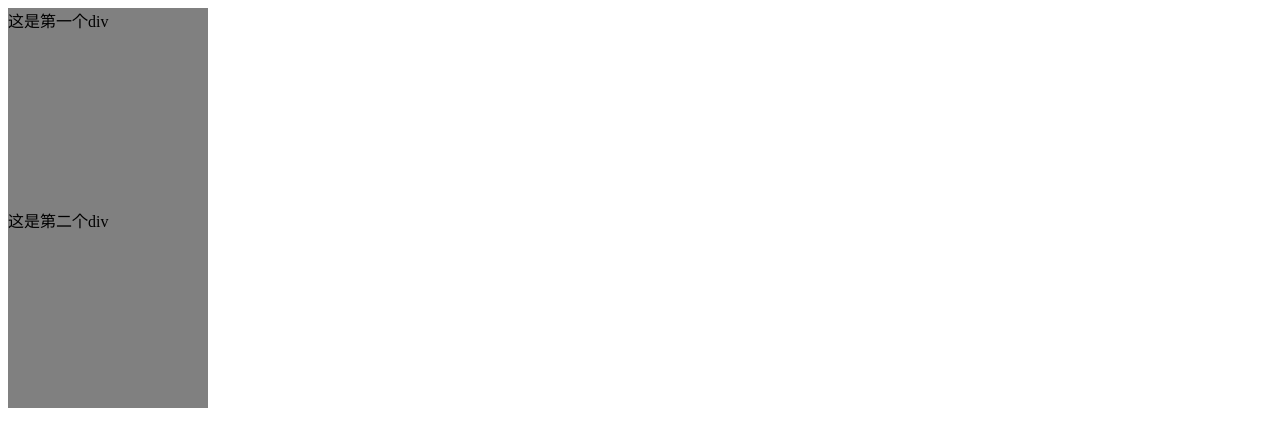
Repository: nanfengovo/CSS
Page: boxmodel.html
These files come from the project's save history. The page is drawn as it stood at one moment and after the next save; the edit follows.
The browser window is 1280 px wide. The pictures show the whole page.

Above is the page before, as saved 2025-01-01 11:42:52.

### boxmodel.html
<!DOCTYPE html>
<html lang="en">
<head>
    <meta charset="UTF-8">
    <meta name="viewport" content="width=device-width, initial-scale=1.0">
    <title>Box Model</title>
    <style>
        .box{
            width: 200px;
            height: 200px;
            background-color: gray;
        }
    </style>
</head>
<body>
    <!-- content:内容 -->

    <!-- margin:外边距 -->
    <!-- padding:内边距 -->
    <!-- border:边框 -->
    <div class="box">这是第一个div</div>
    <div class="box">这是第二个div</div>
</body>
</html>

After the next save:
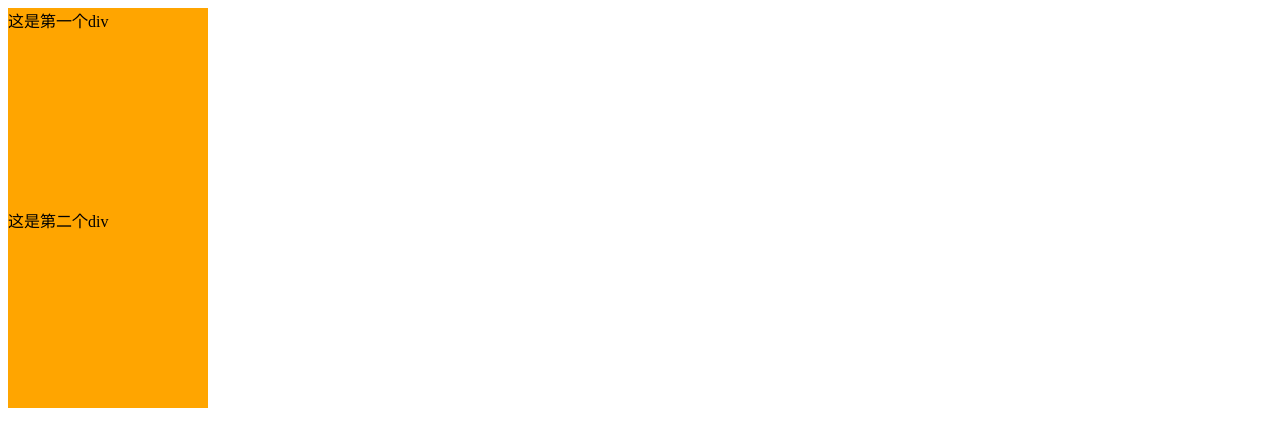
Saved 14 s later.
--- a/boxmodel.html
+++ b/boxmodel.html
@@ -8,7 +8,7 @@
         .box{
             width: 200px;
             height: 200px;
-            background-color: gray;
+            background-color: orange;
         }
     </style>
 </head>
